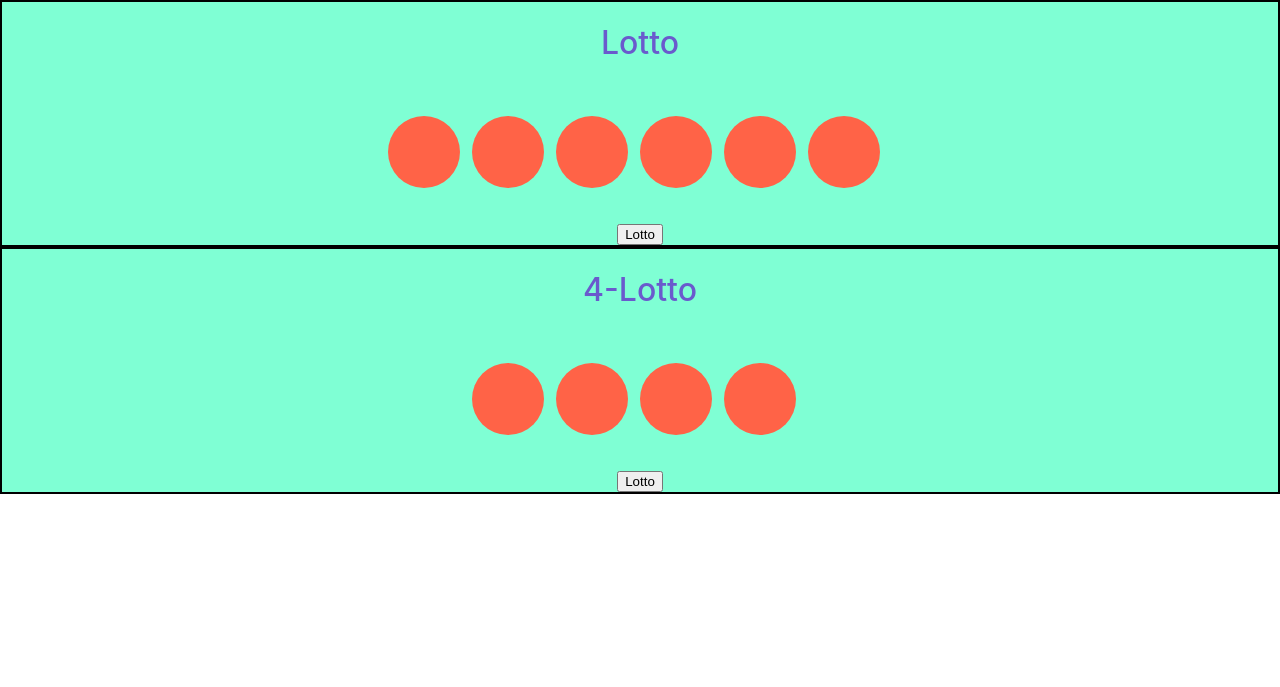
Repository: dung8466/learn-react
Page: / (app in lottery/)
These files come from the project's save history. The page is drawn as it stood at one moment and after the next save; the edit follows.
The browser window is 1280 px wide. The pictures show the whole page.
The project was rebuilt for these pictures with package versions that can differ from the ones it lists, and the page was loaded fresh each time.

Above is the page before, as saved 2022-09-18 21:07:55.

After the next save:
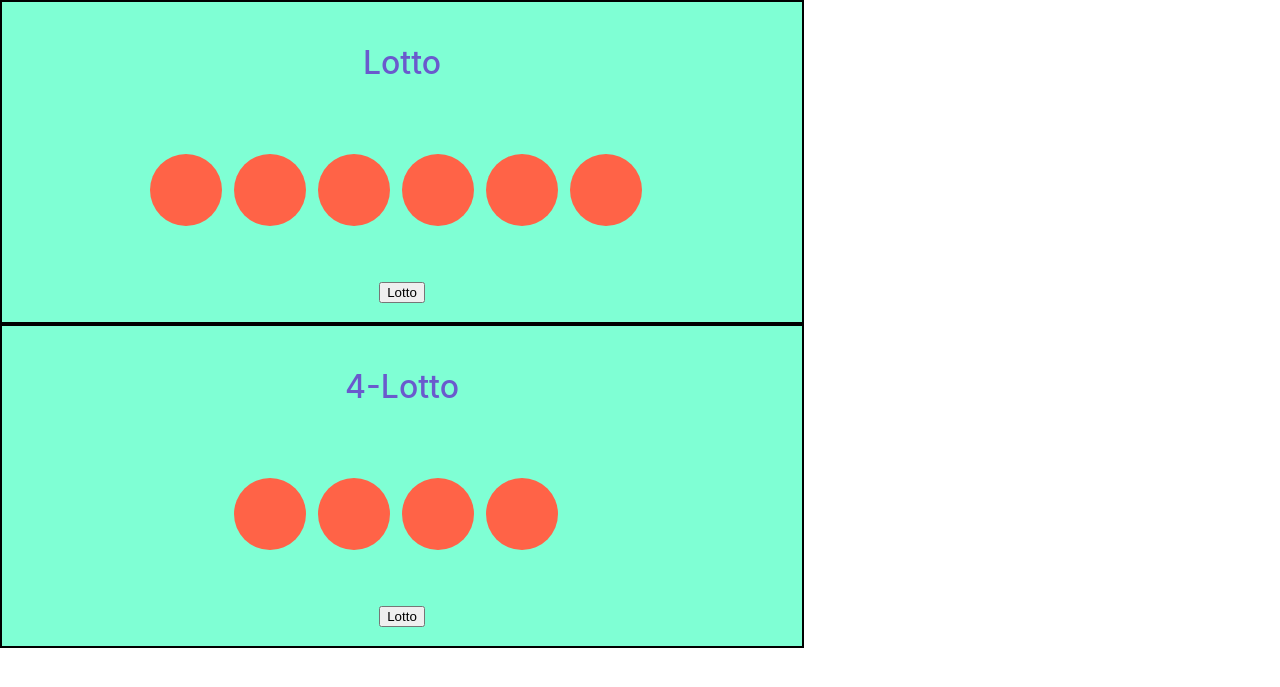
Saved 15 s later.
--- a/lottery/src/Lotto.css
+++ b/lottery/src/Lotto.css
@@ -7,8 +7,8 @@
     gap: 2em;
     border: 2px solid black;
     background-color: aquamarine;
-    /* min-width: 50em;
-    min-height: 20em; */
+    max-width: 50em;
+    min-height: 20em;
     /* margin-top: 3em;
     margin-left: 23em; */
 }
